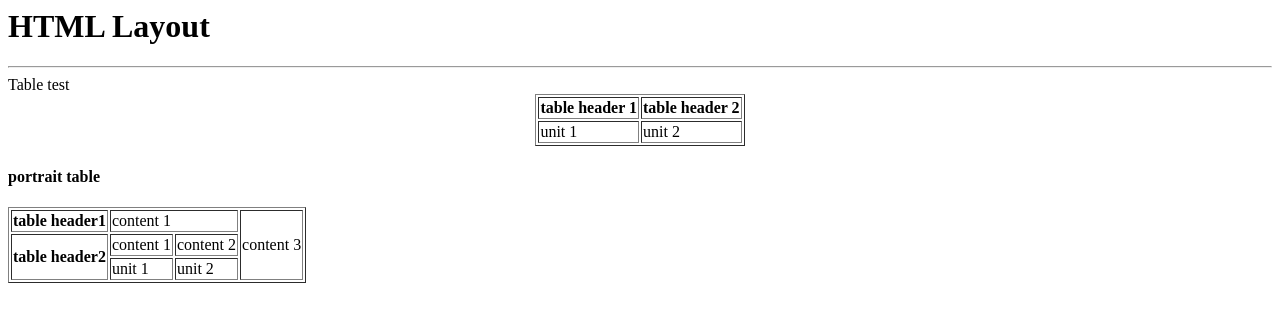
Repository: libelosophy/anjoyo
Page: workspace/QTalk/WebContent/html/table.html
The author's editor kept a copy of each file at every save. The page is drawn from the files as they stood at one save, then again after the next save.
The browser window is 1280 px wide. The pictures show the whole page.

Above is the page before, as saved 2013-09-09 11:34:32.

### workspace/QTalk/WebContent/html/table.html
<html>
<head>
<title>HTML Layout</title>
<meta name="author" content="jh">

</head>

<h1> HTML Layout </h1>
<body>
<hr />


	<table border="1" align="center"> Table test
		<tr>
			<th>table header 1</th>
			<th>table header 2</th>
		</tr>
		<tr>
			<td>unit 1</td>
			<td>unit 2</td>
		</tr>
	</table>

	<h4> portrait table </h4>
	<table border="1">
		<tr>
			<th> table header1</th>
			<td colspan="2"> content 1</td>
			<td rowspan ="3"> content 3</td>
		</tr>

		<tr>
			<th rowspan="2"> table header2</th>
			<td> content 1</td>
			<td> content 2</td>

		</tr>
		<tr>
			<td> unit 1 </td>
			<td> unit 2 </td>
		</tr>

	</table>


</body>
</html>

After the next save:
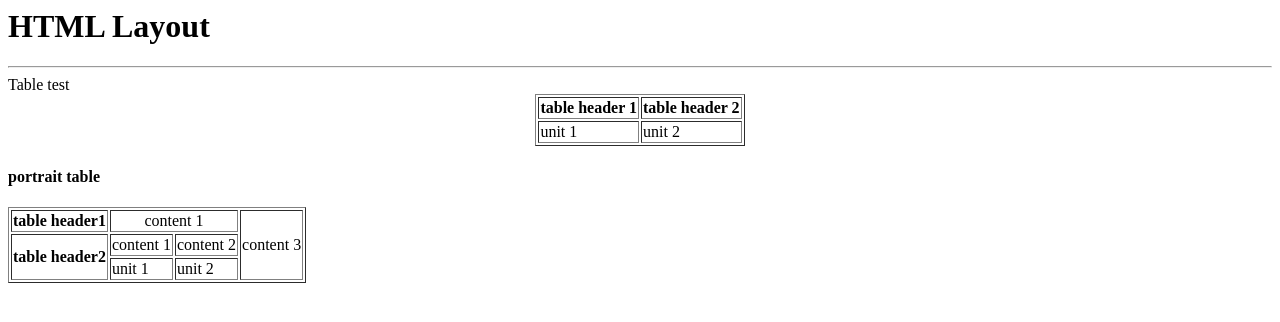
Saved 22 s later.
--- a/workspace/QTalk/WebContent/html/table.html
+++ b/workspace/QTalk/WebContent/html/table.html
@@ -25,7 +25,7 @@
 	<table border="1">
 		<tr>
 			<th> table header1</th>
-			<td colspan="2"> content 1</td>
+			<td colspan="2" align="center"> content 1</td>
 			<td rowspan ="3"> content 3</td>
 		</tr>
 
